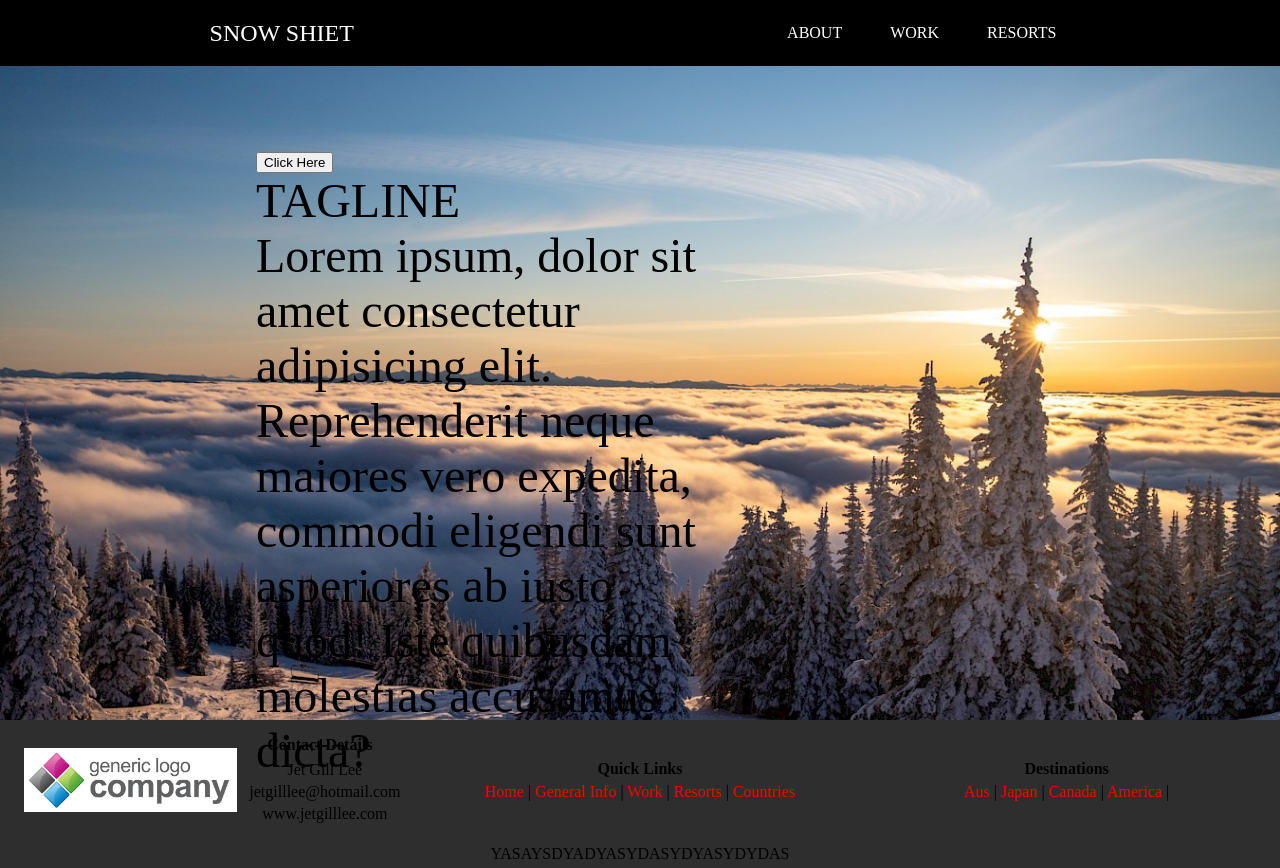
Repository: Jet-Gill-Lee/SnowSite
Page: index.html
The author's editor kept a copy of each file at every save. The page is drawn from the files as they stood at one save, then again after the next save.
The browser window is 1280 px wide. The pictures show the whole page.

Above is the page before, as saved 2021-07-24 18:23:51.

### index.html

<!DOCTYPE html>
<html lang="en">
<head>
  <meta charset="UTF-8">
  <meta http-equiv="X-UA-Compatible" content="IE=edge">
  <meta name="viewport" content="width=a, initial-scale=1.0">
  <title>Document</title>
  <link rel="stylesheet" href="./css/stylesheet.css">
  <script src='navbar.js' defer></script>
</head>
<body>
  <section class='hero'>
    <div class="navbar">
      <div class="brand-title"><a href='index.html'>SNOW SHIET</a></div>
        <a href='#' class='toggle-button'>
        <span class="bar"></span>
        <span class="bar"></span>
        <span class="bar"></span></a>
      <div class="navbar-links">
        <ul>
          <li><a href="general-info.html">ABOUT</a></li>
          <li><a href="work-overview.html">WORK</a></li>
          <li><a href="resorts-overview.html">RESORTS</a></li>
        </ul>
      </div>
    </div>
    <div class="hero-content">
      <button id='button'>Click Here</button>
      <div class="hero-flex-item hero-text">
        TAGLINE <br>
        <span>Lorem ipsum, dolor sit amet consectetur adipisicing elit. Reprehenderit neque maiores vero expedita, commodi eligendi sunt asperiores ab iusto quod! Iste quibusdam molestias accusamus dicta?</span>
      </div>
    </div>
</section>
<div class="footer">
  <div class='footer-flex-container'>
    <div class="footer-flex-item contact">
      <img src="./image/generic-logo.jpg" alt="" srcset="" style='width:50%'>
      <div class="text-wrapper">
      <h4>Contact Details</h3>
      <p>Jet Gill Lee</p>
      <p>jetgilllee@hotmail.com
      </p>
      <p>www.jetgilllee.com</p>
      </div>
    </div>
    <div class="footer-flex-item flex-gen-links">
      <div class='link-wrapper'>
        <h4>Quick Links</h4>
      <a href="index.html">Home</a> <span> | </span>
      <a href="general-info.html">General Info</a><span> | </span>
      <a href="work-overview.html">Work</a><span> | </span>
      <a href="resorts-overview.html">Resorts</a><span> | </span>
      <a href="country-splash.html">Countries</a>
      </div>
    </div>
    <div class="footer-flex-item flex-links">
      <div class="link-wrapper">
          <h4>Destinations</h4>
        <a href="country.html">Aus</a> <span> | </span>
        <a href="country.html">Japan</a> <span> | </span>
        <a href="country.html">Canada</a> <span> | </span>
        <a href="country.html">America</a> <span> | </span>
      </div>
    </div>
  </div>
  <div class="copyright">YASAYSDYADYASYDASYDYASYDYDAS</div>
</div>
</body>
</html>
<body>

### css/stylesheet.css
body {
  margin:0;
  padding:0;
}
* {
  box-sizing: border-box;
}
.hero {
  background: url('../image/background-desktop.jpg');
  background-repeat: no-repeat;
  background-size: cover;
  background-position: 50% 0;
  height: 100vh;
}
.navbar {
  display: flex;
  background-color: rgba(0, 0, 0);
  justify-content: space-around;
  align-items: center;
  box-sizing: unset;
}
.brand-title {
  font-size: 1.5rem;
  height: 100%;
}
.brand-title a{
  color: white;
  text-decoration: none;
  padding: 10px;
  display:block;
}
.navbar-links {
  height: 100%;
  align-items: center;
  justify-content: space-around;
}
.navbar-links ul{
  display: flex;
  list-style: none;
  padding: 0;
}
.navbar-links li a {
  padding: 0.5rem 1.5rem;
  text-decoration: none;
  display:block;
  color:white;
}
.navbar-links ul li a:hover {
  background-color: rgba(255, 255, 255, 0.178);
}

.toggle-button {
  display: none;
  flex-direction: column;
  justify-content: space-between;
  width: 30px;
  height: 20px;
  position: absolute;
  top: 1rem;
  right: 1.5rem;
}
.toggle-button .bar {
  width: 100%;
  height: 3px;
  background-color: white;
  border-radius: 10px;
}
.hero-content {
  margin-left: 20%;
  padding-top: 12vh;
}
.hero-text {
  width:45%;
  font-size: 3rem;
}
.footer-flex-container {
  display: flex;
  flex-wrap: wrap;
  justify-content: space-around;
}
.footer {
  background-color: rgba(14, 13, 13, 0.863);
}
.footer-flex-item {
  min-width: 300px;
  width: 33.3%;
  display:flex;
  align-items: center;
  justify-content: center;
  min-height: 120px;
  text-align: center;
}

.footer-flex-item a{
  text-decoration: none;
  color:red;
}
.footer-flex-item a:visited{
  text-decoration: none;
  color: red;
}
.footer-flex-item p {
  padding: 2px;
  margin-bottom: 0;
  margin-top: 0;
  margin-left: 10px;
}
.footer-flex-item h4 {
  margin-top: 0;
  margin-bottom: 5px;
}
.copyright {
  text-align: center;
  width: 100%;
  padding: 5px;

}

@media (max-width: 600px) {
  .hero {
    height: 70vh;
  }
  .navbar-links {
    display:none;
    width: 100%;
  }
  .toggle-button {
    display: flex;
  }
  .hero-content {
    padding-top: 6vh;
  }
  .hero-text {
    position: absolute;
    top: 100px;
    z-index: 1;
  }
  .brand-title {
    padding-left: 20px;
  }
  .navbar {
    flex-direction: column;
    align-items: flex-start;
  }
  .navbar-links ul {
    flex-direction: column;
    align-items: center;
    width: 100%;
  }
  .navbar-links ul li {
    width: 100%;
    text-align: center;
  }
  .navbar-links.active {
    display: flex;
    z-index: 10;
  }
}
@media (max-width: 400px) {
 .hero {
   height: 50vh;
 }
 .hero-content {
   margin: 20px;
 }
 .hero-text {
   padding-top: 10px;
   top: 50px;
   width: 80%;
   word-wrap: break-word;
 }
}

### navbar.js
const toggleButton = document.getElementsByClassName('toggle-button')[0];
const navBarLinks = document.getElementsByClassName('navbar-links')[0];

toggleButton.addEventListener('click', () => {
  navBarLinks.classList.toggle('active')
});

After the next save:
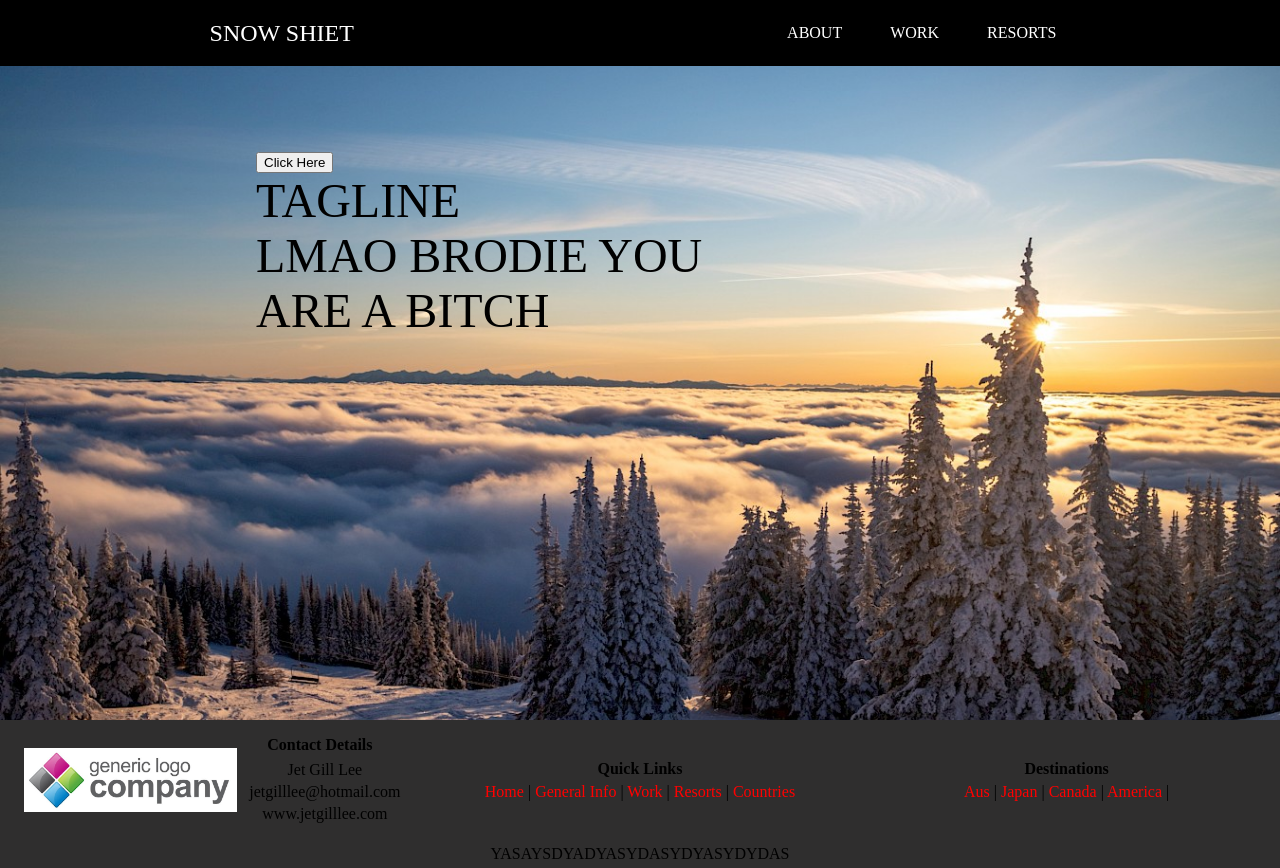
Saved 52 s later.
--- a/index.html
+++ b/index.html
@@ -29,7 +29,7 @@
       <button id='button'>Click Here</button>
       <div class="hero-flex-item hero-text">
         TAGLINE <br>
-        <span>Lorem ipsum, dolor sit amet consectetur adipisicing elit. Reprehenderit neque maiores vero expedita, commodi eligendi sunt asperiores ab iusto quod! Iste quibusdam molestias accusamus dicta?</span>
+        <span>LMAO BRODIE YOU ARE A BITCH </span>
       </div>
     </div>
 </section>
